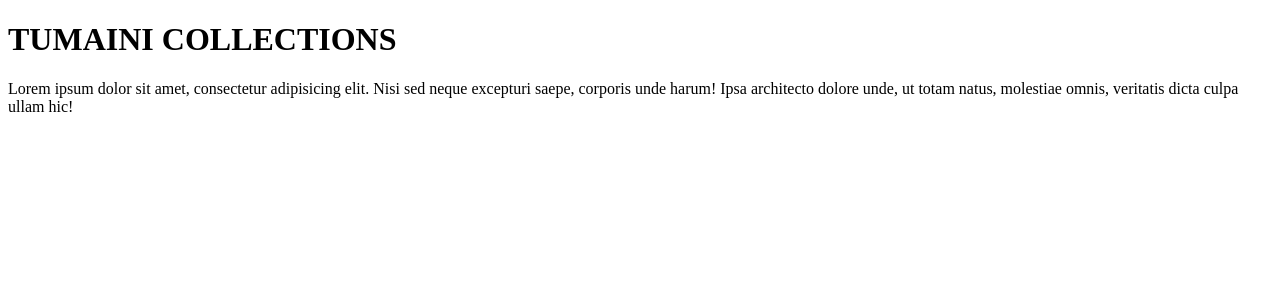
Repository: shanicenaliakanyongesa/Shanice
Page: templates/tumaini.html
The author's editor kept a copy of each file at every save. The page is drawn from the files as they stood at one save, then again after a run of saves.
The browser window is 1280 px wide. The pictures show the whole page.
The page is served by the project's application, run on Flask 3 (app.py). The template is opened directly, without the code that normally fills it, so the values that code supplies are empty.

Above is the page before, as saved 2024-02-14 15:46:50.

After the next 6 saves:
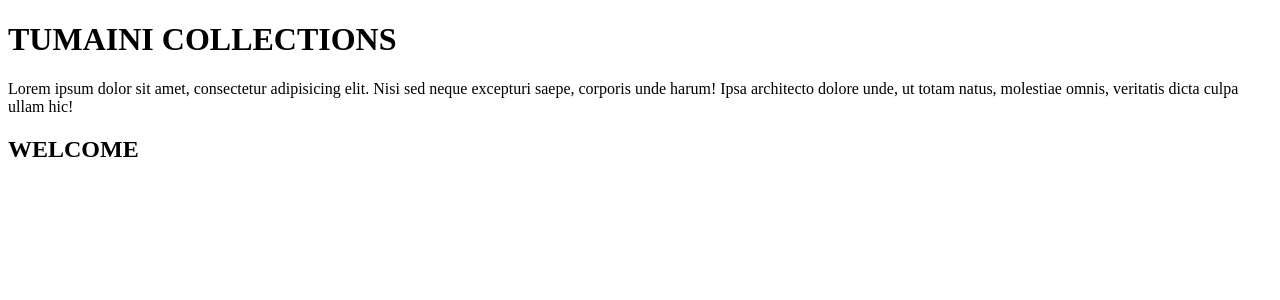
The 6 saves are shown as one change because they came seconds apart.
The last was saved 18 s later.
--- a/Desktop/shaniceflask/templates/tumaini.html
+++ b/Desktop/shaniceflask/templates/tumaini.html
@@ -8,6 +8,7 @@
 <body>
     <h1>TUMAINI COLLECTIONS</h1>
     <p>Lorem ipsum dolor sit amet, consectetur adipisicing elit. Nisi sed neque excepturi saepe, corporis unde harum! Ipsa architecto dolore unde, ut totam natus, molestiae omnis, veritatis dicta culpa ullam hic!</p>
+    <h2>WELCOME</h2>
 
 </body>
 </html>
